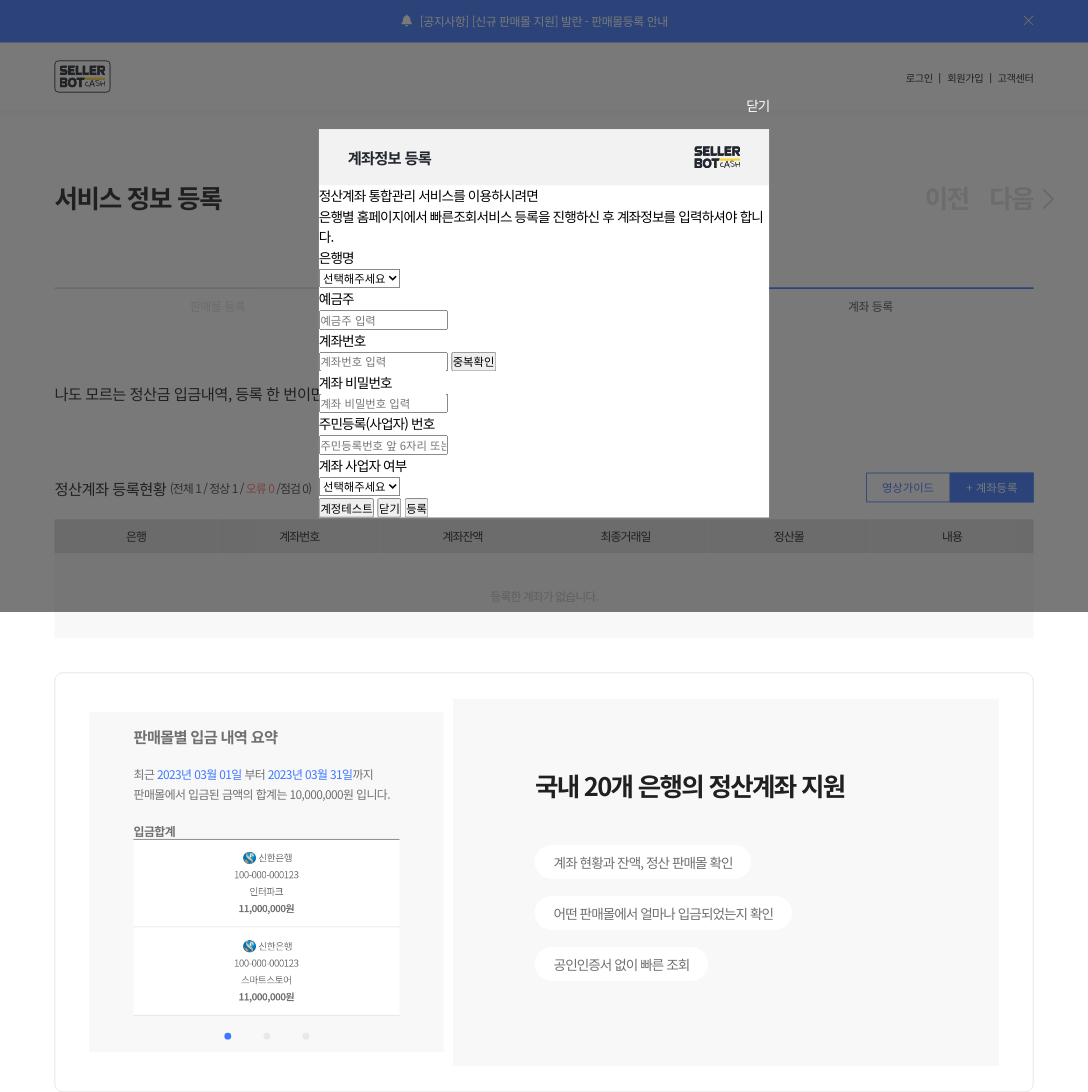
Repository: elemapfelr/ownServer
Page: test-server/web/sellerbot_signup/step_07.html
These files come from the project's save history. The page is drawn as it stood at one moment and after the next save; the edit follows.
The browser window is 1280 px wide. The pictures show the whole page, at 85% of full size.
After loading, the first visible `#regAcc` was clicked once.
Some web libraries are served in a nearby version. The style sheet was rebuilt from its Sass, Less or Tailwind sources for each picture, by a compiler version that may differ from the author's.

Above is the page before, as saved 2023-03-15 10:56:20.

### test-server/web/sellerbot_signup/step_07.html
<!DOCTYPE html>
<html lang="ko">

<head>
	<meta charset="UTF-8">
	<meta http-equiv="X-UA-Compatible" content="IE=edge">
	<meta name="viewport" content="width=device-width, initial-scale=1.0">
	<title>셀러봇캐시 회원가입</title>
	<link rel="stylesheet" href="./css/step_07.css">
	<script type="module" src="./js/step_07.js" defer></script>
	<script src="https://kit.fontawesome.com/133e10f389.js" crossorigin="anonymous"></script>
</head>

<body>
	<header>
		<div class="top">
			<div class="notification">
				<div class="text">
					<i class="fa-solid fa-bell"></i>
					<p>[공지사항] [신규 판매몰 지원] 발란 - 판매몰등록 안내</p>
				</div>
				<button><img src="./img/xmark.svg" alt="xmark"></button>
			</div>
		</div>
		<div class="bottom">
			<div class="logo"><img src="./img/sellerbotLogo.svg" alt="sellerbot"></div>
			<div class="right">
				<button>로그인</button>
				<span></span>
				<button>회원가입</button>
				<span></span>
				<button>고객센터</button>
			</div>
		</div>
	</header>
	<main>
		<section>
			<button class="fixed2" id="prevStep">
				<span>이전</span>
			</button>
			<button class="fixed" id="nextStep">
				<span>다음</span>
				<img src="./img/rightArrow.svg" />
			</button>
			<article id="top">
				<div class="title">
					<h1>서비스 정보 등록</h1>
				</div>
				<div class="processBar">
					<div class="first step">
						<span class="line"></span>
						<p>판매몰 등록</p>
					</div>
					<div class="second step">
						<span class="line"></span>
						<p>결제수단 등록</p>
					</div>
					<div class="third step active">
						<span class="line"></span>
						<p>계좌 등록</p>
					</div>
				</div>
			</article>
			<article id="accountReg">
				<p class="topText">나도 모르는 정산금 입금내역, 등록 한 번이면 쉽고 빠르게 볼 수 있습니다.</p>
				<div class="tableTop">
					<div class="left">
						<p>정산계좌 등록현황</p>
						<span>(<b>전체 1</b> / <b>정상 1</b> / <b class="err">오류 0</b> /<b>점검 0</b>)</span>
					</div>
					<div class="right">
						<button class="blue_outline" id="vidGuide">영상가이드</button>
						<button class="blue" id="regAcc">+ 계좌등록</button>
					</div>
				</div>
				<table id="accountList">
					<thead>
						<tr>
							<td>은행</td>
							<td>계좌번호</td>
							<td>계좌잔액</td>
							<td>최종거래일</td>
							<td>정산몰</td>
							<td>내용</td>
						</tr>
					</thead>
					<tbody>
						<tr class="noData">
							<td colspan="6">등록한 계좌가 없습니다.</td>
						</tr>
					</tbody>
				</table>
			</article>
			<article id="extraInfo">
				<div class="left">
					<div class="content">
						<h4>판매몰별 입금 내역 요약</h4>
						<p>최근 <b>2023년 03월 01일</b> 부터 <b>2023년 03월 31일</b>까지<br>
							판매몰에서 입금된 금액의 합계는 10,000,000원 입니다.</p>
						<h5>입금합계</h5>
						<img src="./img/step_07_img_01.png" alt="summary">
						<ul class="bottomUl">
							<li class="active"></li>
							<li></li>
							<li></li>
						</ul>
					</div>
				</div>
				<div class="right">
					<div class="content">
						<h3>국내 20개 은행의 정산계좌 지원</h3>
						<p>계좌 현황과 잔액, 정산 판매몰 확인</p>
						<p>어떤 판매몰에서 얼마나 입금되었는지 확인</p>
						<p>공인인증서 없이 빠른 조회</p>
					</div>
				</div>
			</article>
		</section>
	</main>
</body>

</html>

### test-server/web/sellerbot_signup/js/step_07.js
import modalShow from './import/modalShow.js';

document.querySelector('#prevStep').addEventListener('click', () => {
	location.href = './step_06.html';
});

document.querySelector('#regAcc').addEventListener('click', () => {
	let popupHtml = `
    <div class="head">
		<h5>계좌정보 등록</h5>
		<img src="./img/sellerbotLogo.svg" alt="sellerbot cash">
	</div>
	<div class="body">
		<p>정산계좌 통합관리 서비스를 이용하시려면</p>
		<p class="red">은행별 홈페이지에서 빠른조회서비스 등록을 진행하신 후 계좌정보를 입력하셔야 합니다.</p>
        <form action="action.do">
			<p>은행명</p>
			<div class="row">
				<select id="bankName">
					<option value="" selected>선택해주세요</option>
					<option value="신한">신한은행</option>
					<option value="국민">국민은행</option>
					<option value="농협">농협은행</option>
				</select>
			</div>
			<p>예금주</p>
			<div class="row">
				<input type="text" id="accUser" placeholder="예금주 입력">
			</div>
			<p>계좌번호</p>
			<div class="flexRow">
				<input type="text" id="accNum" class="onlyNumber" placeholder="계좌번호 입력">
				<button id="confirmAccNum">중복확인</button>
			</div>
			<p>계좌 비밀번호</p>
			<div class="row">
				<input type="text" id="accPw" class="onlyNumber" placeholder="계좌 비밀번호 입력">
			</div>
			<p>주민등록(사업자) 번호</p>
			<div class="row">
				<input type="text" id="bizNum" class="onlyNumber" placeholder="주민등록번호 앞 6자리 또는 사업자번호 10자리 입력">
			</div>
			<p>계좌 사업자 여부</p>
			<div class="row">
				<select id="accBizUserYN">
					<option value="" selected>선택해주세요</option>
				</select>
			</div>
		</form>
		<div class="bottomDiv">
			<button id="accTest" class="gray">계정테스트</button>
			<button id="closeModal" class="blue_outline">닫기</button>
			<button id="submit" class="blue">등록</button>
		</div>
	</div>`;
	modalShow({
		id: 'modal_01',
		content: popupHtml,
		function: () => {},
	});
});

### test-server/web/sellerbot_signup/js/import/modalShow.js
import createElement from './createElement.js';

function modalShow(option = { id: '', content: '', btns: [], function: null }) {
	document.querySelector('body').style.overflow = 'hidden';

	const modal = createElement('div', { className: 'modal', id: option['id'] });
	const layerPopup = createElement('div', {
		className: 'layerPopup',
	});
	const popupHead = createElement('div', {
		className: 'popupHead',
	});
	const cancelModal = createElement('button', {
		id: 'cancelModal',
		innerHTML: '<span>닫기</span>',
	});
	popupHead.append(cancelModal);

	const popupBody = createElement('div', {
		className: 'popupBody',
		innerHTML: option['content'] ?? null,
	});
	const btnBox = createElement('div', { className: 'btnBox' });
	layerPopup.append(popupHead, popupBody, btnBox);
	modal.append(layerPopup);

	cancelModal.addEventListener('click', () => {
		document.querySelector('body').style.overflow = '';
		modal.remove();
	});

	option.btns?.map((btn) => {
		let button = document.createElement('button');
		btn.callback
			? button.addEventListener('click', () => {
					btn.callback();
					btn.cancelModal
						? (() => {
								document.querySelector('body').style.overflow = '';
								modal.remove();
						  })()
						: null;
			  })
			: null;
		btn.text ? (button.innerHTML = btn.text) : '';
		btnBox.append(button);
	});

	document.querySelector('body').append(modal);

	option.function ? option.function() : null;
}

export default modalShow;

### test-server/web/sellerbot_signup/js/import/createElement.js
/**
 * Creates an element with the given tag and properties
 * @param {string} tag - The tag name of the element
 * @param {Properties} [props={}] - The properties of the element
 * @returns {HTMLElement} - The newly created element
 */
export default function createElement(tag, properties) {
	if (tag == 'toggle') {
		let div = createElement('div', { className: 'toggleSwitch' });
		let input = createElement('input', {
			className: 'toggle',
			id: properties['id'],
			type: 'checkbox',
		});
		let label = createElement('label', {
			htmlFor: properties['id'],
			className: 'check-trail',
		});
		let span = createElement('span', {
			className: 'check-handler',
		});
		label.append(span);
		div.append(input, label);
		return div;
	} else if (tag == 'checkbox') {
		let div = createElement('div', { className: 'checkBoxDiv' });
		let input = createElement('input', {
			className: 'chkBox',
			id: properties['id'],
			type: 'checkbox',
		});
		let label = createElement('label', {
			htmlFor: properties['id'],
			className: 'checkBox',
		});
		div.append(input, label);
		if (properties['innerHTML']) {
			let label = createElement('label', {
				className: 'text',
				innerHTML: properties['innerHTML'],
				htmlFor: properties['id'],
			});
			div.append(label);
		}
		return div;
	} else {
		let element = document.createElement(tag);
		for (let prop in properties) {
			element[prop] = properties[prop];
		}
		return element;
	}
}

// 예시
//   let newDiv = createElement('div', {
//     innerHTML: 'Hello World!',
//     className: 'greeting',
//     style: {
//       backgroundColor: 'lightblue',
//       padding: '10px'
//     }
//   });

//   document.body.appendChild(newDiv);

### test-server/web/sellerbot_signup/css/scss/step_07.scss
@import "./common", "./modal";

article#accountReg{
    margin-top: 80px;

    p.topText{
        font-size: 18px;
        letter-spacing: -0.65px;
        text-align: left;
        color: #202020;
        margin-bottom: 80px;
    }

    .tableTop{
        display: flex;
        align-items: center;
        justify-content: space-between;

        .left{
            display: flex;
            align-items: center;
            p{
                font-size: 18px;
                font-weight: 500;
                letter-spacing: -0.65px;
                text-align: left;
                color: #202020;
            }
            span{
                margin-left: 4px;
                font-size: 14px;
                letter-spacing: -1.12px;
                text-align: left;
                color: #474246;

                b{
                    font-weight: normal;

                    &.err{
                        color: #ff7070;
                    }
                }
            }
        }

        .right{
            display: flex;
            align-items: center;

            button{
                padding: 7px 18px;
                box-sizing: border-box;
                border: 1px solid #3d78ff;
                cursor: pointer;

                &.blue_outline{
                    background-color: #fff;
                    color: #3d78ff;
                }
                &.blue{
                    background-color: #3d78ff;
                    color: white;
                }
            }
        }
    }

    table#accountList{
        width: 100%;
        margin-top: 20px;
        table-layout: fixed;
        border-collapse : collapse;
        border-spacing : 0;

        thead{
            tr{
                td{
                    text-align: center;
                    background-color: #dedede;
                    font-size: 14px;
                    letter-spacing: -1.12px;
                    text-align: center;
                    color: #202020;
                    padding: 10px 0;
                }
            }
        }
        tbody{
            background-color: #f8f8f8;
            tr.noData{
                td{
                    text-align: center;
                    font-size: 14px;
                    letter-spacing: -1.12px;
                    color: #bbb;
                    padding: 40px 0;
                }
            }
        }
    }
}

article#extraInfo{
    border: 1px solid #e3e3e3;
    border-radius: 10px;
    background-color: #fff;
    padding: 30px 40px;
    box-sizing: border-box;
    display: flex;
    align-items: center;
    justify-content: space-between;
    margin-top: 40px;

    .left{
        width: 39%;
        padding: 15px 0;
        background-color: #f8f8f8;

        .content{
            width: 75%;
            margin: 0 auto;
        }
        h4{
            font-size: 18px;
            font-weight: bold;
            letter-spacing: -0.9px;
            text-align: left;
            color: #707070;
            margin-bottom: 20px;
        }
        p{
            font-size: 14px;
            line-height: 1.71;
            letter-spacing: -0.7px;
            text-align: left;
            color: #707070;

            b{
                font-weight: normal;
                color: #3d78ff;
            }
        }
        h5{
            margin-top: 20px;
            font-size: 14px;
            font-weight: bold;
            letter-spacing: -0.7px;
            text-align: left;
            color: #707070;
        }
        img{
            width: 100%;
        }
        ul.bottomUl{
            width: 100px;
            height: auto;
            margin: 0 auto;
            margin-top: 20px;
            display: flex;
            align-items: center;
            justify-content: space-between;

            li{
                width: 8px;
                height: 8px;
                border-radius: 8px;
                background-color: #e8e8e8;

                &.active{
                    background-color: #3d78ff;
                }
            }
        }
    }
    .right{
        width: 60%;
        padding: 80px 0;
        background-color: #f8f8f8;

        .content{
            width: 70%;
            margin: 0 auto;

            h3{
                font-size: 30px;
                letter-spacing: -2px;
                text-align: left;
                color: #202020;
                margin-bottom: 48px;
            }

            p{
                display: inline-block;
                padding: 8px 22px;
                background-color: white;
                border-radius: 20px;
                font-size: 16px;
                font-weight: 500;
                letter-spacing: -1.12px;
                text-align: left;
                color: #707070;
                margin-bottom: 20px;
            }
        }
    }
}

.modal#modal_01{
    .popupBody{
        width: 530px;
        max-height: 80vh;

        .head{
            width: 100%;
            height: auto;
            background-color: #f2f2f2;
            display: flex;
            align-items: center;
            justify-content: space-between;
            padding: 20px 34px;
            box-sizing: border-box;

            h5{
                font-size: 18px;
                font-weight: bold;
                letter-spacing: -0.9px;
                text-align: center;
                color: #22262f;
            }
        }
        .body{

        }
    }
}

### test-server/web/sellerbot_signup/css/scss/_common.scss
@charset "utf-8";
@import url('https://fonts.googleapis.com/css2?family=Noto+Sans+KR:wght@100;300;400;500;700;900&display=swap');

$blue: #3d78ff;

* {
	margin: 0;
	padding: 0;
	font-family: 'Noto Sans KR', sans-serif;
}

html {
	font-size: 16px;
	letter-spacing: -0.98px;
}

html,
body {
	width: 100%;
	height: auto;
}

ol,
ul,
li {
	list-style: none;
}

a {
	text-decoration: none;
	color: #000;
}

img {
	border: 0;
	display: block;
}

header,
main,
footer,
nav,
section,
article,
aside {
	display: block;
}


header{
	width: 100%;
	height: 130px;
	box-shadow: 0 3px 6px 0 rgba(190, 190, 190, 0.16);
  	background-color: #fff;

	.top{
		width: 100%;
		height: auto;
		background-color: #3d78ff;
		padding: 14px 0 16px 0;

		.notification{
			width: 90%;
			max-width: 1200px;
			margin: 0 auto;
			display: flex;
			align-items: center;
			justify-content: center;

			.text{
				width: 100%;
				display: flex;
				justify-content: center;
				align-items: center;
				i{
					color: white;
					font-size: 14px;
				}
				p{
					font-size: 14px;
					letter-spacing: -0.53px;
					color: #fff;
					text-align: center;
					margin: 0 10px;
				}
			}

			button{
				float: right;
				border: none;
				background: none;
				outline: none;
				filter: invert(100%);
				cursor: pointer;
			}
		}
	}
	.bottom{
		width: 90%;
		max-width: 1200px;
		margin: 0 auto;
		height: 80px;
		display: flex;
		align-items: center;
		justify-content: space-between;

		.logo{
			padding: 5px;
			border: 1px solid #202020;
			border-radius: 5px;
		}

		.right{
			display: flex;
			align-items: center;

			button{
				font-size: 12px;
				letter-spacing: -0.46px;
				color: #202020;
				border: none;
				background: none;
				outline: none;
				cursor: pointer;
			}

			span{
				width: 1px;
				height: 12px;
				background-color: #202020;
				margin: 0 8px;
				margin-top: 4px;
				display: block;
			}
		}
	}
}

main{
	width: 100%;
	height: auto;

	.fixed2{
		background: none;
		border: none;
		outline: none;
		position: fixed;
		top: 210px;
		right: calc(5% + 100px);
		display: inline-flex;
		align-items: center;
		cursor: pointer;
		z-index: 1000;

		span{
			font-size: 30px;
			font-weight: bold;
			font-stretch: normal;
			font-style: normal;
			letter-spacing: -1.5px;
			text-align: right;
			color: #dedede;
			margin-bottom: 4px;
		}
	}

	.fixed{
		background: none;
		border: none;
		outline: none;
		position: fixed;
		top: 210px;
		right: 5%;
		display: inline-flex;
		align-items: center;
		z-index: 1000;
		cursor: pointer;

		span{
			font-size: 30px;
			font-weight: bold;
			font-stretch: normal;
			font-style: normal;
			letter-spacing: -1.5px;
			text-align: right;
			color: #dedede;
			margin-bottom: 4px;
		}

		img{
			filter: grayscale(100%) brightness(180%);
		}

		&.active{

			span{
				color: #3d78ff;
			}

			img{
				filter: none;
			}
		}
	}

	section{
		margin-top: 80px;

		article{
			width: 90%;
			max-width: 1200px;
			margin: 0 auto;

			input::placeholder{
				font-size: 12px;
				letter-spacing: -0.84px;
				color: #bbb;
			}
		}
	}
}

article#top{
	.title{
		display: flex;
		align-items: center;

		h1{
			font-size: 30px;
			font-weight: bold;
			letter-spacing: -1.5px;
			color: #202020;
			margin-bottom: 4px;
		}

		span{
			font-size: 12px;
			font-weight: 500;
			letter-spacing: -0.6px;
			text-align: center;
			color: #3d78ff;
			padding: 4px 18px 5px 18px;
			border: 1px solid #3d78ff;
			border-radius: 20px;
			margin-left: 4px;
			cursor: pointer;
		}
	}

	.processBar{
		margin-top: 80px;
		display: flex;
		align-items: center;
		justify-content: space-between;

		.step{
			width: 33.3333%;
			span{
				width: 100%;
				display: block;
				height: 2px;
				background-color: #dedede;
			}
			p{
				margin-top: 10px;
				text-align: center;
				font-size: 14px;
				font-weight: 500;
				letter-spacing: -0.5px;
				color: #dedede;
			}

			&.active{
				span{
					background-color: $blue;
				}
				p{
					color: #505050;
				}
			}
		}
	}
}

.checkBoxDiv {
	transform-origin: left;
	display: inline-flex;
	align-items: center;
	cursor: pointer;

	label.checkBox {
		width: 16px;
		height: 16px;
		border: 1px solid darken(#e8e8e8, 10%);
		border-radius: 13px;
		position: relative;
		transition: cubic-bezier(0.075, 0.82, 0.165, 1) .2s;
		cursor: pointer;
		display: block;
	}

	input.chkBox {
		display: none;

		&:checked+label.checkBox {
			background-color: $blue;
			border: 1px solid $blue;

			&::before {
				content: '';
				position: absolute;
				top: 0px;
				left: 3px;
				width: 9px;
				height: 12px;
				box-shadow: inset 2px 2px white;
				transform: rotate(-135deg);
			}
		}
	}

	label.text {
		margin-left: .2rem;
		font-size: .9rem;
		cursor: pointer;
	}

	&.square {
		label.checkBox {
			width: 15px;
			height: 15px;
			border: 1px solid darken(#e8e8e8, 10%);
			background-color: #fff;
			border-radius: 1px;
			position: relative;
			transition: cubic-bezier(0.075, 0.82, 0.165, 1) .2s;
			cursor: pointer;
			display: block;
		}

		input.chkBox {
			display: none;

			&:checked+label.checkBox {
				background-color: $blue;
				border: 1px solid $blue;

				&::before {
					content: '';
					position: absolute;
					top: -1px;
					left: 2.5px;
					width: 9px;
					height: 12px;
					box-shadow: inset 2px 2px white;
					transform: rotate(-135deg);
				}
			}
		}
	}
}


@media only screen and (max-width: 1400px) {
	main{
		.fixed2{
			right: 140px;
		}
		.fixed{
			right: 40px;
		}
	}
}

@media only screen and (max-width: 1200px) {
	main{
		section{
			margin-top: 40px;
		}
	}
	article#top{
		.title{

			h1{
				font-size: 26px;
				letter-spacing: -1.3px;
			}
		}
		.processBar{
			margin-top: 60px;

			.step{
				p{
					font-size: 12px;
				}
			}
		}
	}
}

@media only screen and (max-width: 900px) {
	header{
		.top{
			.notification{
				.text{
					i,p{
						font-size: 12px;
					}
				}
			}
		}
	}
	main{
		.fixed2{
			top: auto;
			left: 0;
			right: auto;
			bottom: 0;
			width: 30%;
			justify-content: center;
			background-color: #f0f0f0;
			z-index: 10;
			padding: 12px 0;

			span{
				display: block;
				text-align: center;
				font-size: 22px;
				color: #cecece;
			}
		}
		.fixed{
			top: auto;
			right: 0;
			bottom: 0;
			width: 100%;
			justify-content: center;
			background-color: #e8e8e8;
			z-index: 10;
			padding: 12px 0;

			&._70{
				width: 70%;
			}

			span{
				display: block;
				text-align: center;
				font-size: 22px;
				color: #cecece;
			}

			img{
				display: none;
			}

			&.active{
				background-color: #3d78ff;

				span{
					color: white;
				}
			}
		}
	}
}

### test-server/web/sellerbot_signup/css/scss/_modal.scss
.modal {
	position: fixed;
	top: 0;
	left: 0;
	width: 100%;
	height: 100%;
	background-color: transparentize(#202020, .4);
	align-items: center;
	justify-content: center;
	z-index: 1000;
	overflow: hidden;
	display: flex;
	padding: 0 30px;
	box-sizing: border-box;

	.layerPopup {
		width: fit-content;
		height: auto;
		margin: 0 auto;
		box-sizing: border-box;
		overflow: hidden;
		position: relative;

		.popupHead {
			width: 100%;
			height: 40px;
			display: flex;
			justify-content: right;
			align-items: flex-start;

			button {
				cursor: pointer;
				border: none;
				background: none;

				span {
					font-size: 16px;
					font-weight: 300;
					letter-spacing: -1.12px;
					text-align: left;
					color: #fff;
				}
			}
		}

		.popupBody {
			width: 100%;
			height: auto;
			background-color: white;
			max-height: 70vh;
			overflow-y: auto;
			overflow-x: hidden;

			&::-webkit-scrollbar {
                width: 12px;
                height: 12px;
            }

            &::-webkit-scrollbar-track {
                background-color: #fff;
                border: 1px solid #e2e2e2;
            }

            &::-webkit-scrollbar-thumb {
                background-color: #f2f2f2;
                border: 1px solid #e2e2e2;
            }

			h1{
				font-size: 24px;
				font-weight: bold;
				letter-spacing: -1.92px;
				text-align: center;
				color: #202020;
			}
		}

		.btnBox {
			width: 100%;
			height: auto;
			margin: 0 auto;
			display: flex;
			align-items: center;

			button {
				width: 100%;
				outline: none;
				padding: 15px 0;
				cursor: pointer;
				border: none;
				font-size: 16px;
				font-weight: 500;
				letter-spacing: -1.12px;
				text-align: center;
				color: #2e1e00;
				// background-color: ;
			}
		}
	}
}

After the next save:
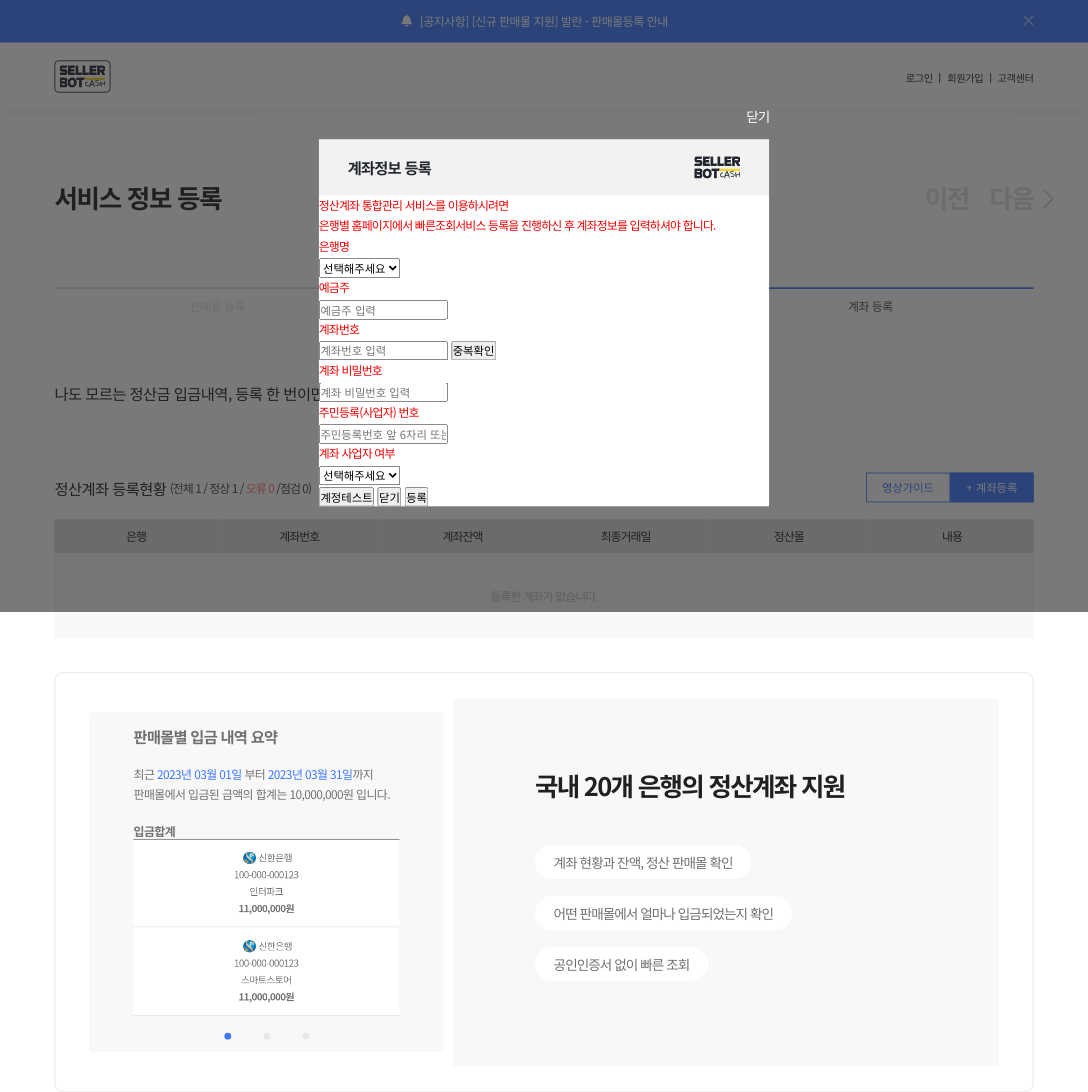
Saved 25 s later.
--- a/test-server/web/sellerbot_signup/css/scss/step_07.scss
+++ b/test-server/web/sellerbot_signup/css/scss/step_07.scss
@@ -229,7 +229,16 @@
             }
         }
         .body{
-
+            p{
+                font-size: 14px;
+  font-weight: normal;
+  font-stretch: normal;
+  font-style: normal;
+  line-height: 1.71;
+  letter-spacing: -0.98px;
+  text-align: left;
+  color: #e00;
+            }
         }
     }
 }
